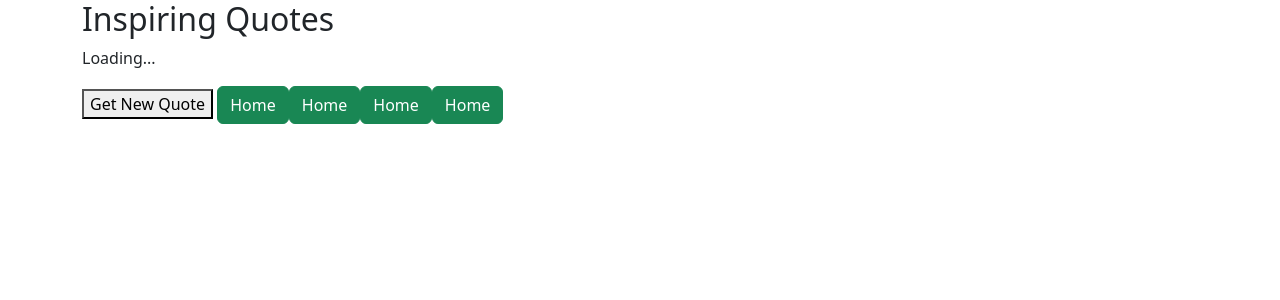
Repository: collegedude9300/zenstationnext
Page: /Quotes
An editor plug-in stored every save of this project. The page is shown before and after the next save, followed by the edit.
The browser window is 1280 px wide. The pictures show the whole page.
The page's requests for data from a server got no answer. The project was rebuilt for these pictures with package versions that can differ from the ones it lists, and the page was loaded fresh each time. The framework's server and built-in components were replaced by stand-ins that run in the browser. No one was signed in, and anything a server would have sent is missing. Also part of the build but not shown: next.config.js.

Above is the page before, as saved 2024-04-15 13:18:19.

### pages/Quotes.js
import { useState, useEffect } from 'react';
import 'bootstrap/dist/css/bootstrap.css'
import InspirationalQuotes from 'inspirational-quotes'
import Link from 'next/link';
export default function Quotes() {
  const [quote, setQuote] = useState();

  useEffect(() => {
    getNewQuote();
  }, [quote]);

  function getNewQuote() {
    fetch('https://type.fit/api/quotes')
      .then((response) => response.json())
      .then((data) => {
        if (Array.isArray(data) && data.length > 0) {
          setQuote(new InspirationalQuotes(data).random());
        } else {
          console.log('Invalid data format');
        }
        setTimeout(getNewQuote, 60 * 1000);
      })
      .catch((error) => {
        console.log(`Error: ${error}`);
        setTimeout(getNewQuote, 5000); // Retry after 5 seconds
      });
  }

  return (
    <div className="container">
      <h2>Inspiring Quotes</h2>
      <blockquote>{quote ? `"${quote.text}" - ${quote.author}` : "Loading..."}</blockquote>
      <p>
        <button onClick={getNewQuote}>Get New Quote</button>
        {' '}
        {quote && (
          <div>
            <p>{quote.text} Get Quote</p>
            <p>- {quote.author} Get author</p>
          </div>
        )}
        <Link href="/">
          <button className="btn btn-success">Home</button>
        </Link>
        <Link href="/">
          <button className="btn btn-success">Home</button>
        </Link>
        <Link href="/">
          <button className="btn btn-success">Home</button>
        </Link>
        <Link href="/">
          <button className="btn btn-success">Home</button>
        </Link>
        </p>
    </div>
  );
}

Loaded but not shown: pages/_app.js (common file); styles/globals.css (common file)

After the next save:
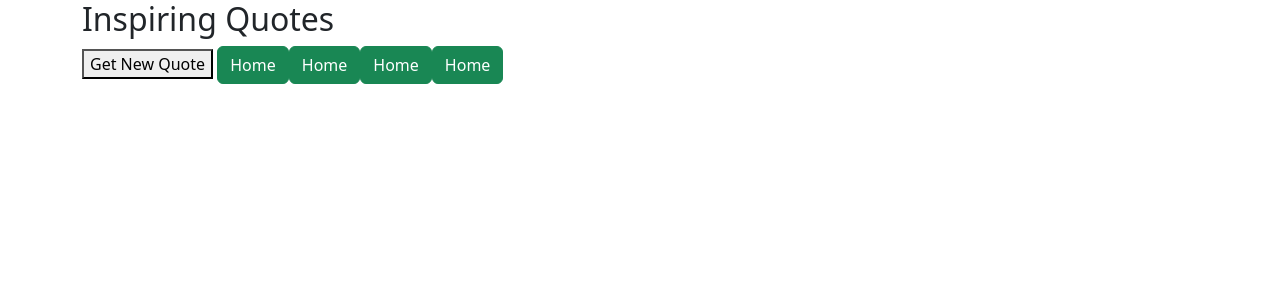
Saved 115 s later.
--- a/pages/Quotes.js
+++ b/pages/Quotes.js
@@ -29,7 +29,7 @@
   return (
     <div className="container">
       <h2>Inspiring Quotes</h2>
-      <blockquote>{quote ? `"${quote.text}" - ${quote.author}` : "Loading..."}</blockquote>
+
       <p>
         <button onClick={getNewQuote}>Get New Quote</button>
         {' '}

After the save that followed:
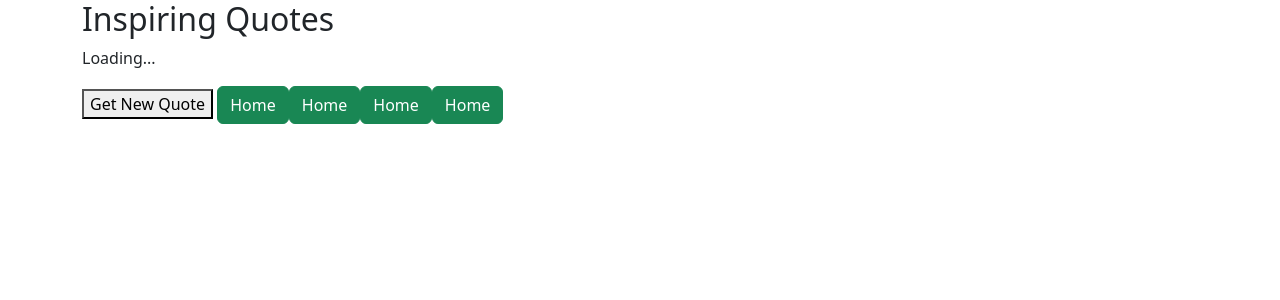
Saved 9 s later.
--- a/pages/Quotes.js
+++ b/pages/Quotes.js
@@ -29,7 +29,7 @@
   return (
     <div className="container">
       <h2>Inspiring Quotes</h2>
-
+      <blockquote>{quote ? `"${quote.text}" - ${quote.author}` : "Loading..."}</blockquote>
       <p>
         <button onClick={getNewQuote}>Get New Quote</button>
         {' '}
